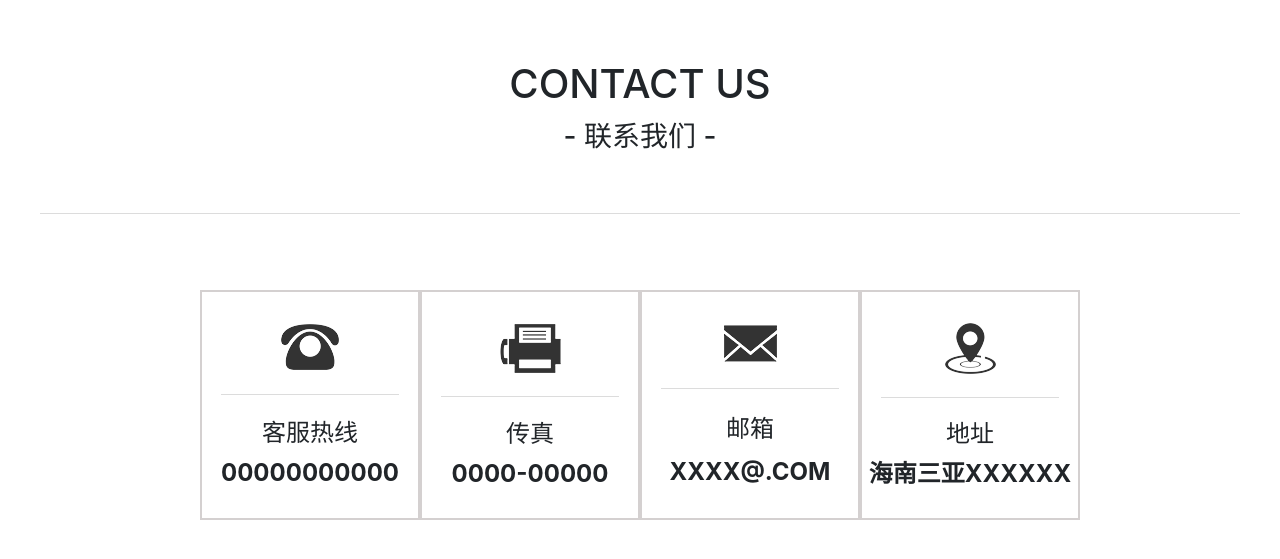
Repository: Noitom/Hadalsnailfish
Page: src/main/resources/static/html/connect.html
The author's editor kept a copy of each file at every save. The page is drawn from the files as they stood at one save, then again after the next save.
The browser window is 1280 px wide. The pictures show the whole page.

Above is the page before, as saved 2021-12-14 15:15:14.

### src/main/resources/static/html/connect.html
<!DOCTYPE html>
<html lang="zh-CN">
<head>
    <meta charset="utf-8">
    <meta http-equiv="X-UA-Compatible" content="IE=edge">
    <meta name="viewport" content="width=device-width, initial-scale=1">
    <title>深海狮子鱼</title>
    <link href="../bootstrap/css/bootstrap.min.css" rel="stylesheet">
    <link href="../css/cl-css.css" rel="stylesheet">
    <link href="../font-awesome/css/font-awesome.min.css" rel="stylesheet">
    <link href="../element/element.css" rel="stylesheet" type="text/css">
    <style>
        .el-carousel__item h3 {
            color: #475669;
            font-size: 14px;
            opacity: 0.75;
            line-height: 150px;
            margin: 0;
        }

        .el-row {
            margin-bottom: 20px;
        &:last-child {
             margin-bottom: 0;
         }
        }
        .el-col {
            border-radius: 4px;
        }
        .bg-purple-dark {
            background: #99a9bf;
        }
        .bg-purple {
            background: #d3dce6;
        }
        .bg-purple-light {
            background: #e5e9f2;
        }
        .grid-content {
            border-radius: 4px;
            min-height: 36px;
        }
        .row-bg {
            padding: 10px 0;
            background-color: #f9fafc;
        }
        .szy-contact-way{
            width: 220px;
            height: 230px;
            border: 2px solid #d4d0d0;
            padding-top: 30px;
            padding-bottom: 20px;
        }

    </style>
</head>
<body>
<div id="app" style="background:#fff;">
    <!--顶部导航start-->
    <!--<div class="cl-header container-fluid">-->
    <!--<div class="header-content container">-->
    <!--<nav class="navbar navbar-expand-lg navbar-light">-->
    <!--<a class="navbar-brand" href="product.html">-->
    <!--<img src="../img/szy1.png" height="110" alt="">-->
    <!--</a>-->
    <!--<button class="navbar-toggler" type="button" data-toggle="collapse" data-target="#navbarNav" aria-controls="navbarNav" aria-expanded="false" aria-label="Toggle navigation">-->
    <!--<span class="navbar-toggler-icon"></span>-->
    <!--</button>-->
    <!--<div class="collapse navbar-collapse justify-content-end" id="navbarNav">-->
    <!--<el-menu  class="el-menu-demo" mode="horizontal"  text-color="#2b2b2b" default-active="5" active-text-color="rgb(91, 146, 251)">-->
    <!--<el-menu-item index="1"> <a href="../index.html">首页</a> </el-menu-item>-->
    <!--&lt;!&ndash; <el-submenu index="2"> &ndash;&gt;-->
    <!--<el-menu-item index="2" > <a href="product.html">所有产品</a> </el-menu-item>-->
    <!--<el-menu-item index="3" > <a href="help.html">技术支持</a> </el-menu-item>-->
    <!--<el-menu-item index="4" > <a href="#">合作伙伴</a> </el-menu-item>-->
    <!--<el-menu-item index="5"><a href="connect.html">联系我们</a></el-menu-item>-->
    <!--</el-menu>-->
    <!--&lt;!&ndash; <el-menu-item index="2-1"> <a href="html/product.html">所有产品</a> </el-menu-item> &ndash;&gt;-->
    <!--&lt;!&ndash; <el-submenu index="2-2">-->
    <!--<template slot="title">应用分类</template>-->
    <!--<el-menu-item index="2-2-1">生物于微生物</el-menu-item>-->
    <!--<el-menu-item index="2-2-2">地球物理与资源</el-menu-item>-->
    <!--<el-menu-item index="2-2-3">地质与地球化学</el-menu-item>-->
    <!--<el-menu-item index="2-2-4">物理海洋规划</el-menu-item>-->
    <!--<el-menu-item index="2-2-5">水下运载潜水器</el-menu-item>-->
    <!--</el-submenu>-->
    <!--<el-submenu index="2-3">-->
    <!--<template slot="title">深度分类</template>-->
    <!--<el-menu-item index="2-3-1">300</el-menu-item>-->
    <!--<el-menu-item index="2-3-2">1500</el-menu-item>-->
    <!--<el-menu-item index="2-3-3">3000</el-menu-item>-->
    <!--<el-menu-item index="2-3-4">4500</el-menu-item>-->
    <!--<el-menu-item index="2-3-5">6000</el-menu-item>-->
    <!--<el-menu-item index="2-3-5">11000</el-menu-item>-->
    <!--</el-submenu>-->
    <!--<el-submenu index="2-4">-->
    <!--<template slot="title">海工领域</template>-->
    <!--<el-menu-item index="2-4-1">近岸工作</el-menu-item>-->
    <!--<el-menu-item index="2-4-2">深海工程</el-menu-item>-->
    <!--</el-submenu>-->
    <!--<el-submenu index="2-5">-->
    <!--<template slot="title">应用视频</template>-->
    <!--<el-menu-item index="2-5-1">典型应用影片展示与介绍</el-menu-item>-->
    <!--<el-menu-item index="2-5-2">选项2</el-menu-item>-->
    <!--<el-menu-item index="2-5-3">选项3</el-menu-item> &ndash;&gt;-->
    <!--&lt;!&ndash; </el-submenu>-->
    <!--</el-submenu>-->
    <!--<el-submenu index="3"> &ndash;&gt;-->
    <!--&lt;!&ndash; <el-menu-item index="3-1"><a href="html/help.html">技术指导</a></el-menu-item>-->
    <!--<el-menu-item index="3-2">售后服务</el-menu-item> &ndash;&gt;-->
    <!--&lt;!&ndash; </el-submenu> &ndash;&gt;-->
    <!--</div>-->
    <!--</nav>-->
    <!--</div>-->
    <!--</div>-->
    <!--顶部导航end-->
    <!--轮播图-->
    <!--<div class="" >-->
    <!--<template>-->
    <!--<div class="block">-->
    <!--<el-carousel height="300px">-->
    <!--<el-carousel-item v-for="item in imageList" :key="item">-->
    <!--<img :src="item" style="width: 100%;height:720px">-->
    <!--</el-carousel-item>-->
    <!--</el-carousel>-->
    <!--</div>-->
    <!--</template>-->
    <!--</div>-->
    <!--首页其他内容展示-->

    <div class="container-fluid">
        <div class="d-flex flex-column justify-content-around align-items-center " style="height: 600px;padding-bottom: 50px">
            <div class="d-flex flex-column justify-content-around align-items-center" style="height: 200px;">
                <div style="height: 90px; text-align: center;padding-top: 30px">
                    <h1>CONTACT US</h1>
                </div>
                <div style="height: 80px;text-align: center">
                    <h3>- 联系我们 -</h3>
                </div>
                <div style="height: 30px;">
                    <img src="../img/AD0IhdDxBBAEGAAgv7CfvgUo3Iz0ogYwsAk4AQ.png">
                </div>
            </div>
            <div class="d-flex flex-row justify-content-around align-items-center" style="padding-left: 50px;padding-right: 50px">
                <div class="d-flex flex-column justify-content-around align-items-center szy-contact-way" >
                    <img src="../img/AD0IhdDxBBAEGAAg0bCfvgUo47q5tAMwOjgu.png">
                    <img src="../img/AD0IhdDxBBAEGAAgz7CfvgUowOry3wcwsgE4AQ.png" style="margin-top: 20px;margin-bottom: 20px">
                    <h4>客服热线</h4>
                    <h4><b>00000000000</b></h4>
                </div>
                <div class="d-flex flex-column justify-content-around align-items-center szy-contact-way" >
                    <img src="../img/AD0IhdDxBBAEGAAgxrCfvgUo8vC3RzA9ODE.png">
                    <img src="../img/AD0IhdDxBBAEGAAgz7CfvgUowOry3wcwsgE4AQ.png" style="margin-top: 20px;margin-bottom: 20px">
                    <h4>传真</h4>
                    <h4><b>0000-00000</b></h4>
                </div>
                <div class="d-flex flex-column justify-content-around align-items-center szy-contact-way" >
                    <img src="../img/AD0IhdDxBBAEGAAgx7CfvgUosLOd0QMwNTgl.png">
                    <img src="../img/AD0IhdDxBBAEGAAgz7CfvgUowOry3wcwsgE4AQ.png" style="margin-top: 20px;margin-bottom: 20px">
                    <h4>邮箱</h4>
                    <h4><b>XXXX@.COM</b></h4>
                </div>
                <div class="d-flex flex-column justify-content-around align-items-center szy-contact-way" >
                    <img src="../img/AD0IhdDxBBAEGAAg0LCfvgUo4N3IKjAzODM.png">
                    <img src="../img/AD0IhdDxBBAEGAAgz7CfvgUowOry3wcwsgE4AQ.png" style="margin-top: 20px;margin-bottom: 20px">
                    <h4>地址</h4>
                    <h4><b>海南三亚XXXXXX</b></h4>
                </div>
            </div>
        </div>
    </div>

    <!--<div class="container-fluid cl-footer">-->
    <!--<div class="container">-->
    <!--<div class="row">-->
    <!--<div class="col-md-4">-->
    <!--<p class="cl-copyright">关于我们</p>-->
    <!--<p class="cl-copyright">-->
    <!--<img src="../img/formargin.webp">-->
    <!--联系电话:xxxxxx-->
    <!--</p>-->

    <!--</div>-->
    <!--<div class="col-md-4">-->
    <!--<p class="cl-copyright">关于我们</p>-->
    <!--<p class="cl-copyright">-->
    <!--<img src="../img/email.webp">-->
    <!--邮箱：xxx@.com</p>-->
    <!--</div>-->
    <!--<div class="col-md-4">-->
    <!--<p class="cl-copyright">关于我们</p>-->
    <!--<p class="cl-copyright">-->
    <!--<img src="../img/address.webp" alt="">-->
    <!--公司地址:</p>-->
    <!--</div>-->
    <!--</div>-->
    <!--<p class="cl-copyright">本设计由XXX荣誉出品</p>-->
    <!--<p class="cl-copyright">copyright @ 2017~2018 XXXXX</p>-->
    <!--</div>-->
    <!--</div>-->
</div>
<script src="../jquery/jquery.min.js"></script>
<script src="../bootstrap/js/bootstrap.min.js"></script>
<script src="../element/vue.js"></script>
<script src="../element/element.js"></script>
<script type="text/javascript">
    //配置对象 options
    new Vue({
        // 配置选项(option)
        // element: 指定用vue来管理页面中的哪个标签区域
        el: '#app',
        data: {
            isCollapse: true,
            imageList:[
                '../img/AD0IhdDxBBACGAAg87q03wUomNK66wUwgA840QU.jpg',
                '../img/AD0IhdDxBBACGAAg87q03wUokNmXkwUwgA840QU.jpg'
            ],
            message:'公司简介：XXXXXXXXXXXXX'

        },
        methods: {

        }
    });

</script>
</body>
</html>

### src/main/resources/static/css/cl-css.css
/*global*/
body{
    background-color: #f4f4f4;
}

a{
    display: block;
    color:#333;
    font-size: 16px;
    font-family: 微软雅黑;
}
a:hover{
    color:#076ce0;
    text-decoration: none;
}
/*header*/
.cl-header {
    background-color: #fff;
    /*height: 80px;*/
    /*line-height: 80px;*/
    /*box-shadow:0 5px 15px rgba(153, 153, 153, 0.1)!*添加阴影*!*/
}
.header-content{
    position: relative;
}

@media (min-width: 992px){
    .navbar-expand-lg .navbar-nav .nav-link {
        padding-right: 1rem;
        padding-left: 1rem;
    }
}
.navbar-toggler:not(:disabled):not(.disabled):focus{
    outline: none;
}
.navbar{
    padding:0;
}
.navbar-light .navbar-nav .active>.nav-link{
    color: #333;
    font-weight: bold;
    display: inline-block;
    padding: 0 20px;
}
.navbar-light .navbar-nav .active>.nav-link:hover{
    color: #076ce0;
}

.nav .nav-item a.active{
    color: #076ce0;
    font-weight: bold;
}

.navbar .navbar-brand img{
    max-width: 100%;
    max-height: 100%;
}
.recommend-index{
    margin-bottom:20px;
}



/*footer*/
.cl-footer{
    background-color: #2d3e50;
    text-align: center;
    padding:2rem 0 1rem 0;
    /* margin:1rem 0 1rem 0; */
    border-top:1px solid #f1f1f1;
    /*margin-left: 10px;*/

}
.cl-footer-link a{
    font-size:20px;
    padding:1rem 0;
    color:#666;
}

.cl-copyright{
    color:#666;
    font-size:14px;
    line-height:0.8em;

}

.text-primary{
    text-align: right;
}
.text-primary a{
    font-size:14px;
    color:#666;
}
@media (min-width: 576px){
    .ll-panel{
        max-width: 30%;
    }
}

/*recommend aritical*/
.recommend-panel{
    margin:20px 0;
}
.recommend-panel a.recommend-panel-link{
    display: block;
}
.recommend-panel-bottom{
    padding:0.5rem;
    font-size:14px;
}
.ll-title{
    margin:3rem 0 1rem 0;
    color:#333;
}
.recommend-panel-top{
    overflow: hidden;
    height: 12rem;
}

.recommend-panel-top img,.recommend-item img,.cl-card-image img{
    width: 100%;
    max-width: 100%;
    transition:0.4s ease-out;
    -webkit-transition:0.4s ease-out;
    -moz-transition:0.4s ease-out;
    -o-transition:0.4s ease-out;
}
.recommend-panel-top img:hover,.recommend-item img:hover,.cl-card-image img:hover{
    transform: scale(1.1, 1.1);
    -webkit-transform: scale(1.1, 1.1);
    -o-transform: scale(1.1, 1.1);
    -moz-transform: scale(1.1, 1.1);
}
/* 第二模块 */
.jumbotron-one{
    height: 650px;
    position: relative;
}
.szy-tow {
    height: 600px;
    width: 300px;
    position: absolute;
    left: 30%;
    top: 50%;
    transform: translate(-50%)
    translatey(-50%)

}
.szy-tow p{
    font-size: 20px;
    font-family: 微软雅黑;
}
.szy-tow span {
    font-size: 13px;
    font-family: 微软雅黑;
}
.szy-tow-one {
    height: 600px;
    width: 500px;
    position: absolute;
    left: 50%;
    top: 5%;
    background: url(cssimg/szy1.png) no-repeat;
}
/* .container-tow{
    width:1200px;
    height: 291px;
    position: absolute;
    left: 50%;
    top: 50%;
    transform: translate(-50%)
    translatey(-50%);
}
.word{
    font-size: 30px;
    font-family: 微软雅黑;
    color: blue;
    font-weight:bold ;
    max-width: 750px;
    padding: 20px 75px 20px 75px;
    margin: 10px;
    line-height: 90px;
}
.word-1{
    width: 500px;
    height: 150px;
    position: absolute;
    left: 7%;
    top: 30%;
    /* transform: translate(-50%)
    translatey(-50%); */
/* } */
/* .word-i span{
    font-size: 16px;
    font-family: 微软雅黑;
    color: black;
    padding: 0px 90px;
    left: 50%;
}
.image-1{
    width: 388px;
    height: 388px;
    position: absolute;
    left: 75%;
    top: 50%;
    transform: translate(-50%)
    translatey(-50%);
}
.image-2{
    width: 65px;
    height: 65px;
    position: absolute;
    left: 10%;
    top: 100%;
    transform: translate(-50%)
    translatey(-50%);
}
.but-1{
    width: 120px;
    height: 65px;
    background: #5d94fb;
    position: absolute;
    left: 90%;
    top: 55%;
    transform: translate(-50%)
    translatey(-50%);
    cursor: default;
}
.but-1 a{
    height: 100px;
    text-decoration: none;
    font-size: 16px;
    line-height: 63px;
    text-align: center;
    color: #fff;
    position: absolute;
    left: 50%;
    top: 70%;
    transform: translate(-50%)
    translatey(-50%);
}
.but-2{
    width: 80px;
    height: 65px;
    background: #2a5cb9;
    position: absolute;
    left: 98%;
    top: 55%;
    transform: translate(-50%)
    translatey(-50%);
    cursor: default;
}
.but-2 span{
    height: 100px;
    text-decoration: none;
    font-size: 40px;
    line-height: 63px;
    text-align: center;
    color: #fff;
    position: absolute;
    left: 50%;
    top: 70%;
    transform: translate(-50%)
    translatey(-50%);
} */
/* 产品介绍界面*/
.jumbotron-i{
    height: 670px;
    position: relative;
}
.container-i{
    width: 320px;
    height: 96px;
    margin:0 auto;
    position: absolute;
    left: 30%;
    top: 20%;
    transform: translate(-50%)
    translatey(-50%);
}
.container-i span{
    font-size: 30px;
    color: rgb(51, 129, 255);
    font-weight:bold;
    font-family: 微软雅黑;
}
.mod_service{
    width: 1800px;
    height: 400px;
}
.mod_service ul li{
    float: left;
    width: 300px;
    height: 300px;
}
.mod_service ul li h5{
    float: left;
    width: 280px;
    height: 280px;
}
.mod_service ul li h4{
    float: left;
    width: 280px;
    height: 280px;
}
.mod_service ul li p{
    float: left;
    width: 280px;
    height: 280px;
}

/*字体*/
.szy-yahei{
    font-family: 微软雅黑;
}

.szy-yahei-22px-blue{
    font-family: 微软雅黑;
    font-size: 22px;
    color: rgb(91, 146, 251);
    margin-bottom: 0
}

.szy-yahei-18px-white{
    font-family: 微软雅黑;
    color: rgb(255, 255, 255);
    font-size: 18px;
    margin-bottom: 0
}

.szy-yahei-16px-white{
    font-family: 微软雅黑;
    color: rgb(255, 255, 255);
    font-size: 16px;
    margin-bottom: 0
}

.szy-index-img{
    height: 250px;
    width: 250px
}

.szy-end-padding{
    padding: 5px;
}

Loaded but not shown: src/main/resources/static/bootstrap/css/bootstrap.min.css (library); src/main/resources/static/font-awesome/css/font-awesome.min.css (library); src/main/resources/static/element/element.css (library); src/main/resources/static/jquery/jquery.min.js (library); src/main/resources/static/bootstrap/js/bootstrap.min.js (library); src/main/resources/static/element/vue.js (library); src/main/resources/static/element/element.js (library)

After the next save:
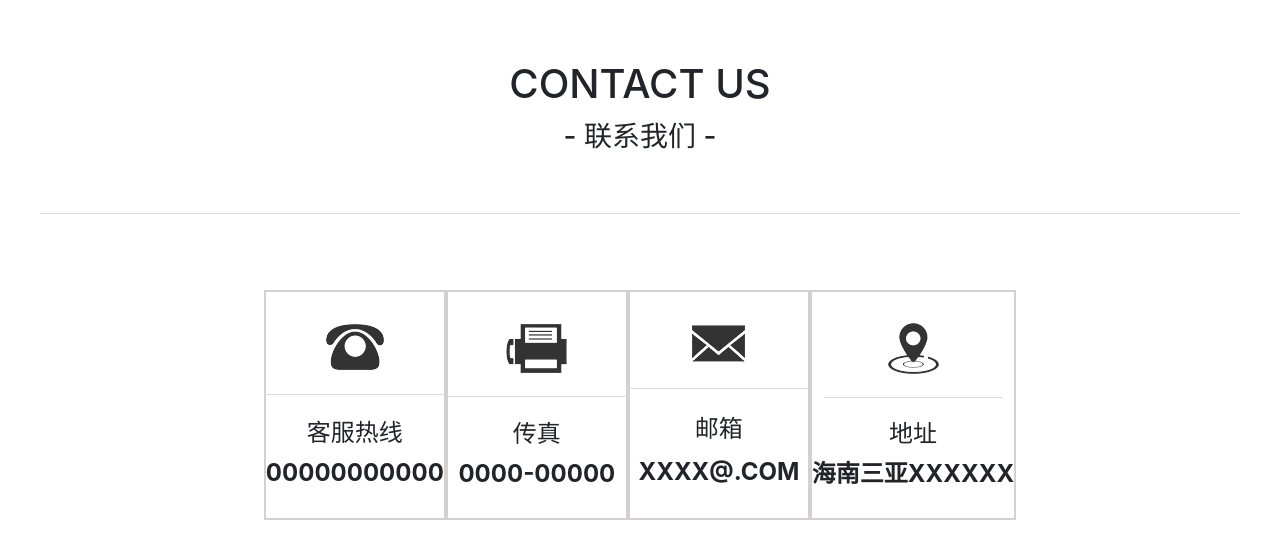
Saved 4 min 21 s later.
--- a/src/main/resources/static/html/connect.html
+++ b/src/main/resources/static/html/connect.html
@@ -45,7 +45,7 @@
             background-color: #f9fafc;
         }
         .szy-contact-way{
-            width: 220px;
+
             height: 230px;
             border: 2px solid #d4d0d0;
             padding-top: 30px;
